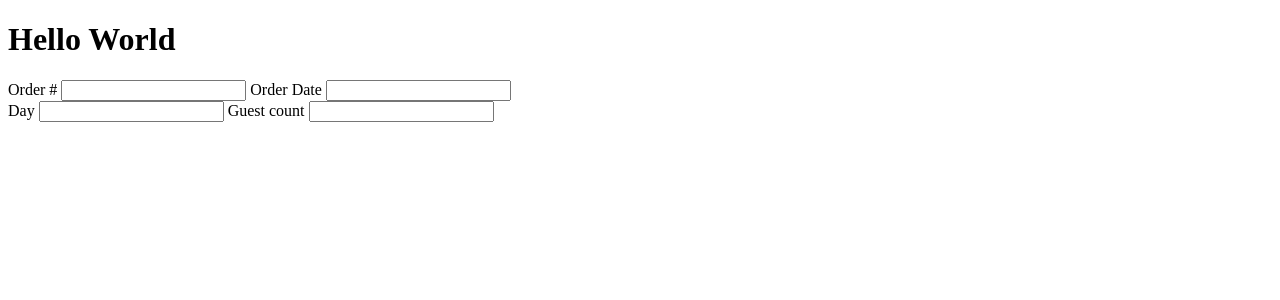
Repository: pmbyrd/rgp-catering
Page: index.html
An editor plug-in stored every save of this project. The page is shown before and after a run of saves, followed by the edit.
The browser window is 1280 px wide. The pictures show the whole page.

Above is the page before, as saved 2023-12-04 17:09:26.

After the next 6 saves:
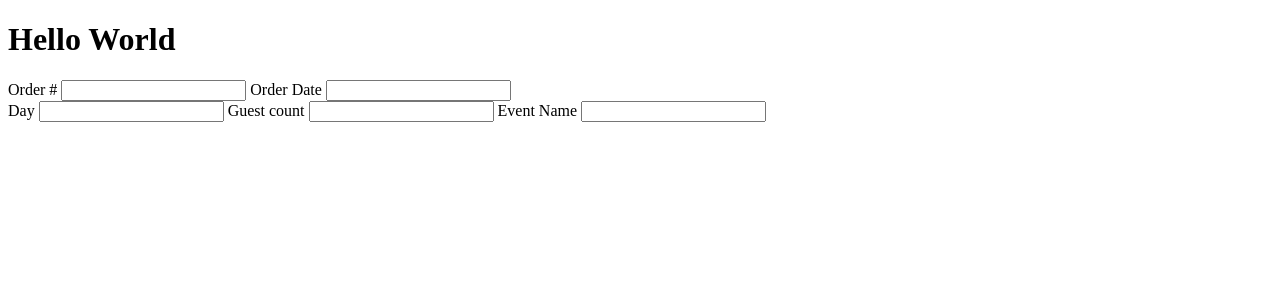
The 6 saves are shown as one change because they came seconds apart.
The last was saved 20 s later.
--- a/index.html
+++ b/index.html
@@ -22,7 +22,9 @@
                 <input type="text" id="order-day">
                 <label for="count">Guest count</label>
                 <input type="text" id="count">
-                <label for=""></label>
+                <label for="event-name">Event Name</label>
+                <input type="text" id="event-name">
+
             </div>
         </div>
     </form>
